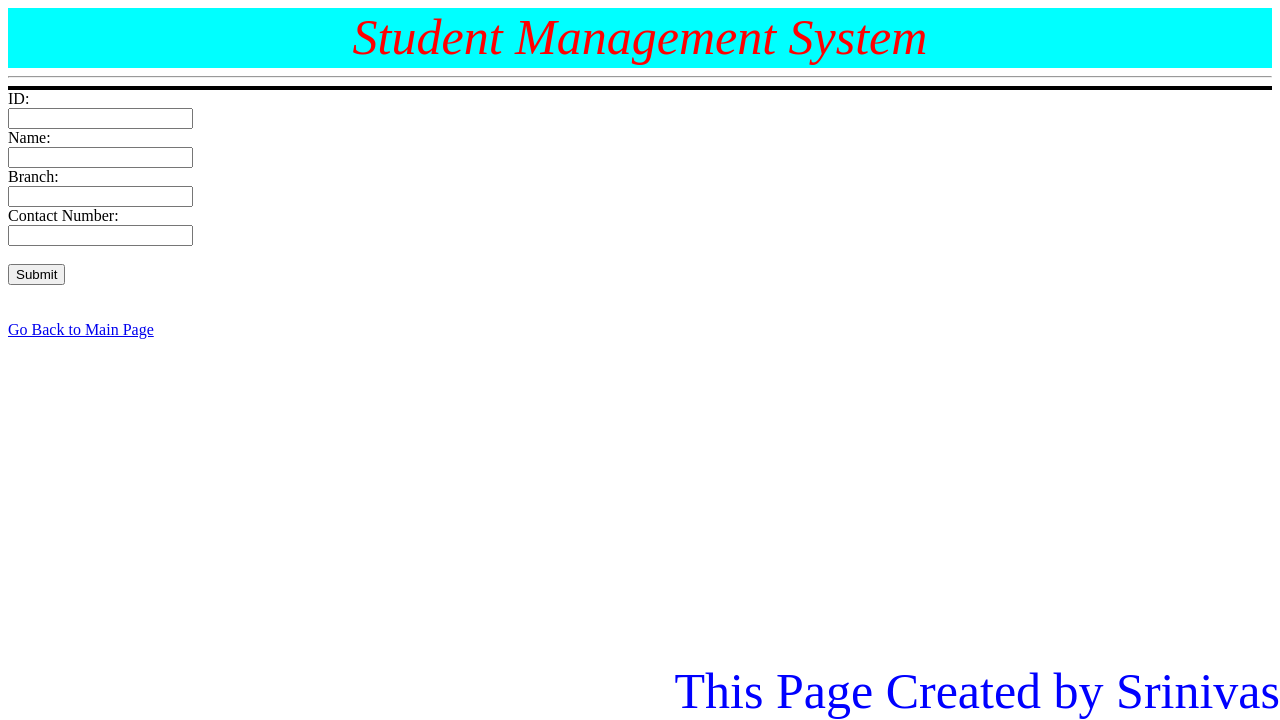
Repository: Aviligonda/Servlet_Programs
Page: http://localhost/StudentManagementSystem/register.jsp
The author's editor kept a copy of each file at every save. The page is drawn from the files as they stood at one save, then again after a run of saves.
The browser window is 1280 px wide. The pictures show the whole page.
The page is served by Tomcat 9.

Above is the page before, as saved 2024-11-25 13:29:21.

After the next 3 saves:
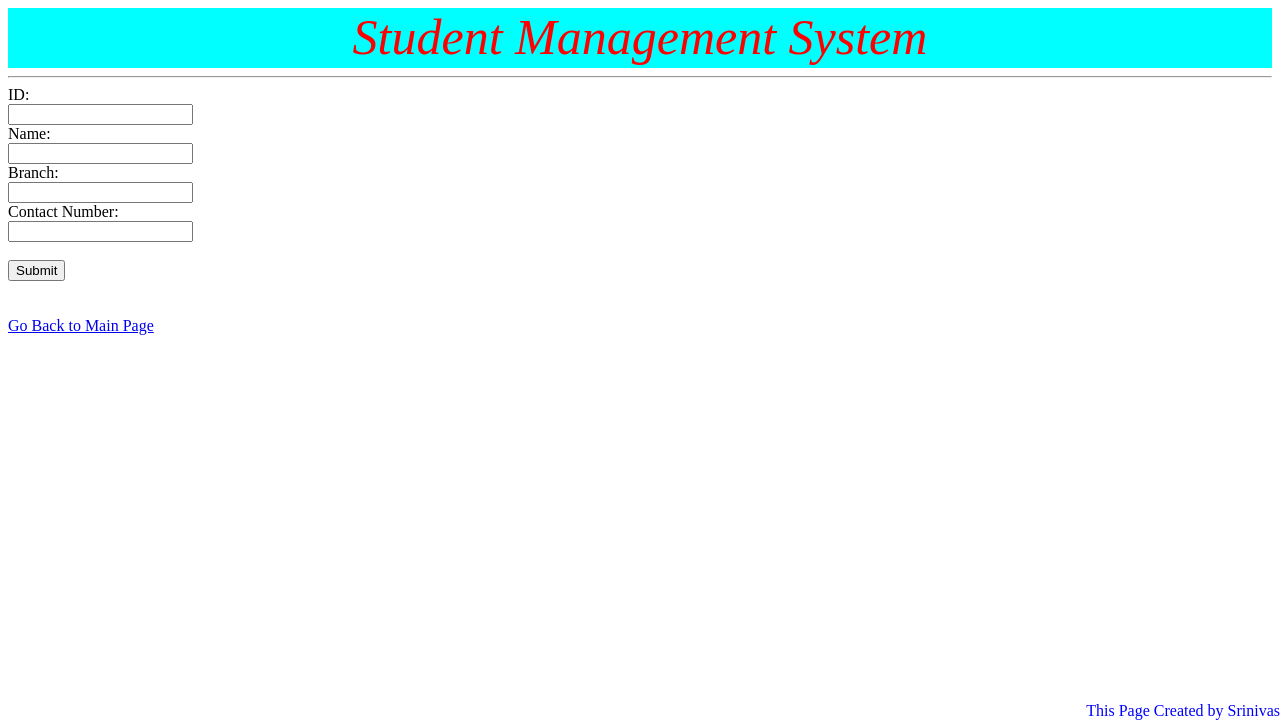
The 3 saves are shown as one change because they came seconds apart.
The last was saved 32 s later.
--- a/StudentManagementSystem/src/main/webapp/footer.jsp
+++ b/StudentManagementSystem/src/main/webapp/footer.jsp
@@ -7,8 +7,8 @@
 <title>Insert title here</title>
 </head>
 <body>
-<div style="font-size:50px; border:2px solid black">
+
 <footer style="color:blue; text-align:center;display : block; position: absolute;bottom: 0;right:0;">This Page Created by Srinivas</footer>
-</div>
+
 </body>
 </html>

After the 2 saves that followed:
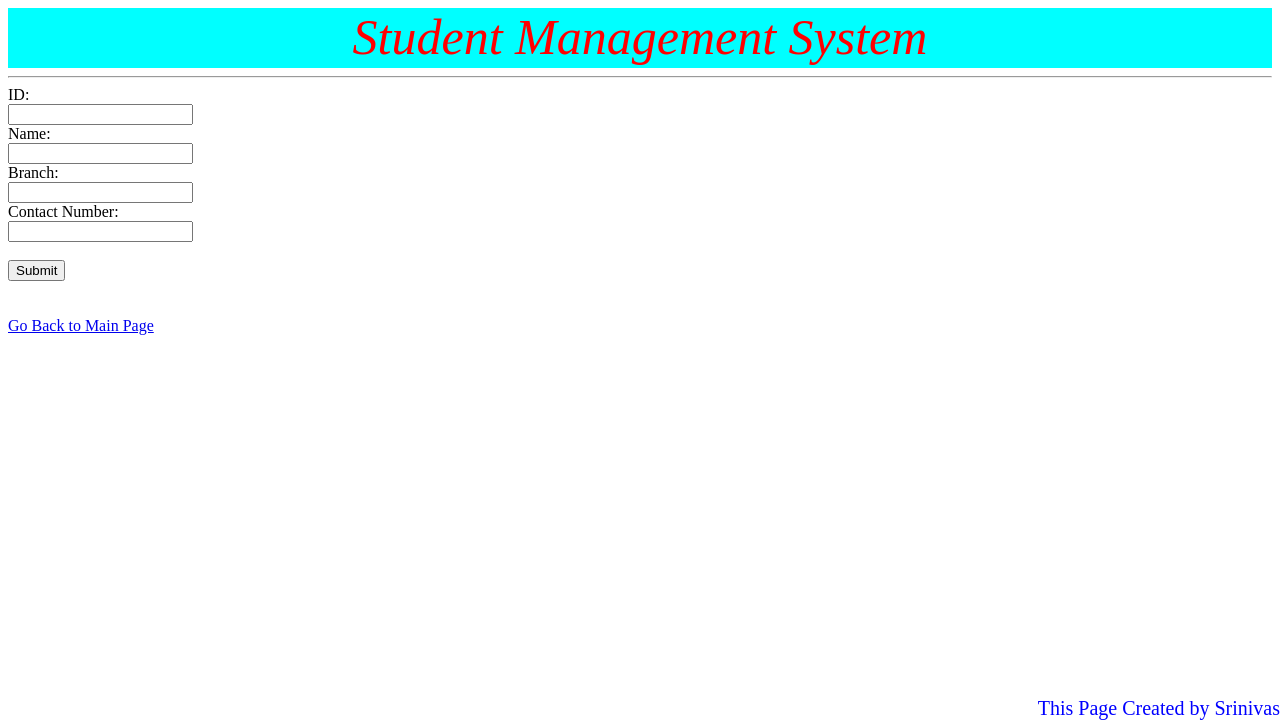
The 2 saves are shown as one change because they came seconds apart.
The last was saved 7 s later.
--- a/StudentManagementSystem/src/main/webapp/footer.jsp
+++ b/StudentManagementSystem/src/main/webapp/footer.jsp
@@ -8,7 +8,7 @@
 </head>
 <body>
 
-<footer style="color:blue; text-align:center;display : block; position: absolute;bottom: 0;right:0;">This Page Created by Srinivas</footer>
+<footer style="color:blue; text-align:center;display : block; position: absolute;bottom: 0;right:0;font-size:20px;">This Page Created by Srinivas</footer>
 
 </body>
 </html>
